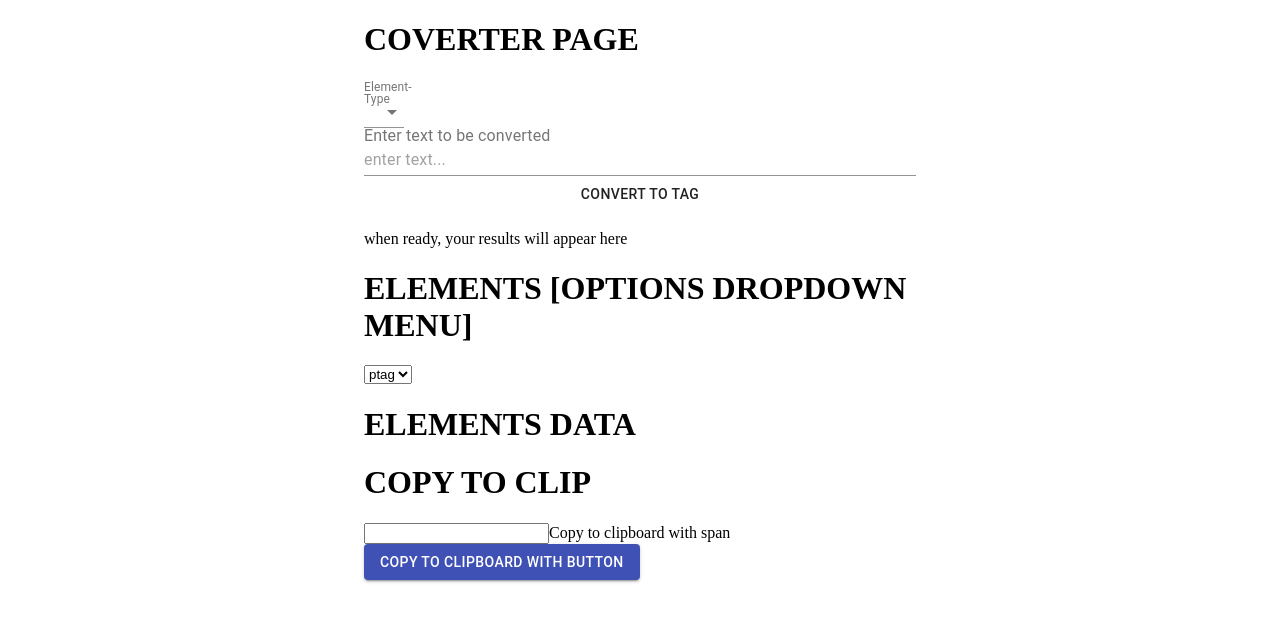
Repository: DevLuDaley/element-generator
Page: /
An editor plug-in stored every save of this project. The page is shown before and after the next save, followed by the edit.
The browser window is 1280 px wide. The pictures show the whole page.
The project was rebuilt for these pictures with package versions that can differ from the ones it lists, and the page was loaded fresh each time. Also part of the build but not shown: webpack.config.js.

Above is the page before, as saved 2020-12-23 18:55:48.

After the next save:
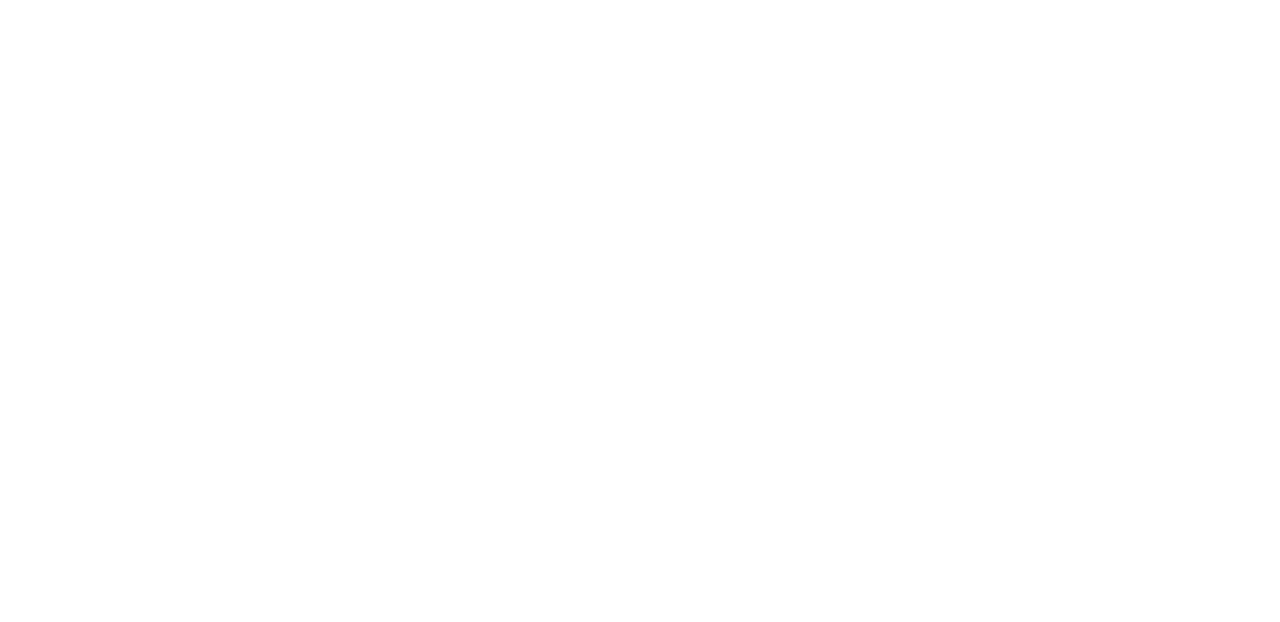
Console error: TypeError: Cannot read properties of undefined (reading 'value')
Saved 39 s later.
--- a/src/components/ConverterPage.js
+++ b/src/components/ConverterPage.js
@@ -56,6 +56,8 @@
           value={1}
           onChange={handleSubmit}
         >
+    elementsArray?
+
           <MenuItem value={10}>Ten</MenuItem>
           {/* <MenuItem value={20}>Twenty</MenuItem>
           <MenuItem value={30}>Thirty</MenuItem> */}

After the 4 saves that followed:
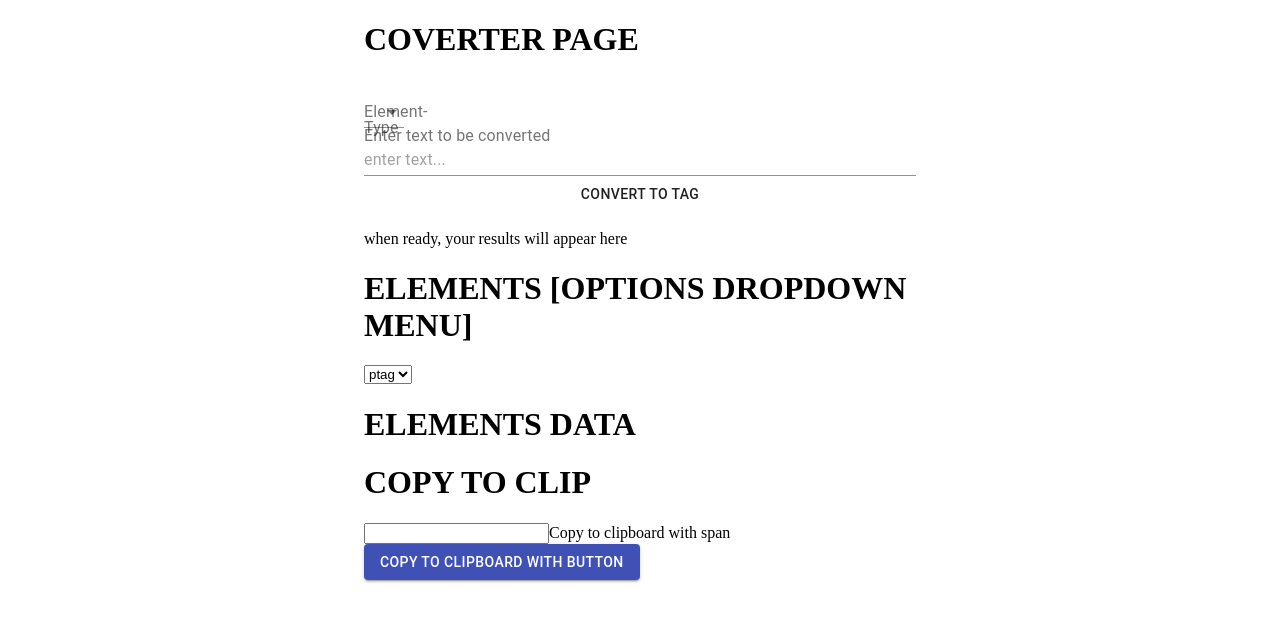
The error is gone.
The 4 saves are shown as one change because 1 did not build or start and 2 left the picture as it was.
The last was saved 78 s later.
--- a/src/components/ConverterPage.js
+++ b/src/components/ConverterPage.js
@@ -53,12 +53,13 @@
         <Select
           labelId="demo-simple-select-label"
           id="demo-simple-select"
-          value={1}
+        //   value={1}
           onChange={handleSubmit}
         >
     elementsArray?
 
-          <MenuItem value={10}>Ten</MenuItem>
+          <MenuItem >Ten</MenuItem>
+          {/* <MenuItem value={10}>Ten</MenuItem> */}
           {/* <MenuItem value={20}>Twenty</MenuItem>
           <MenuItem value={30}>Thirty</MenuItem> */}
         </Select>
